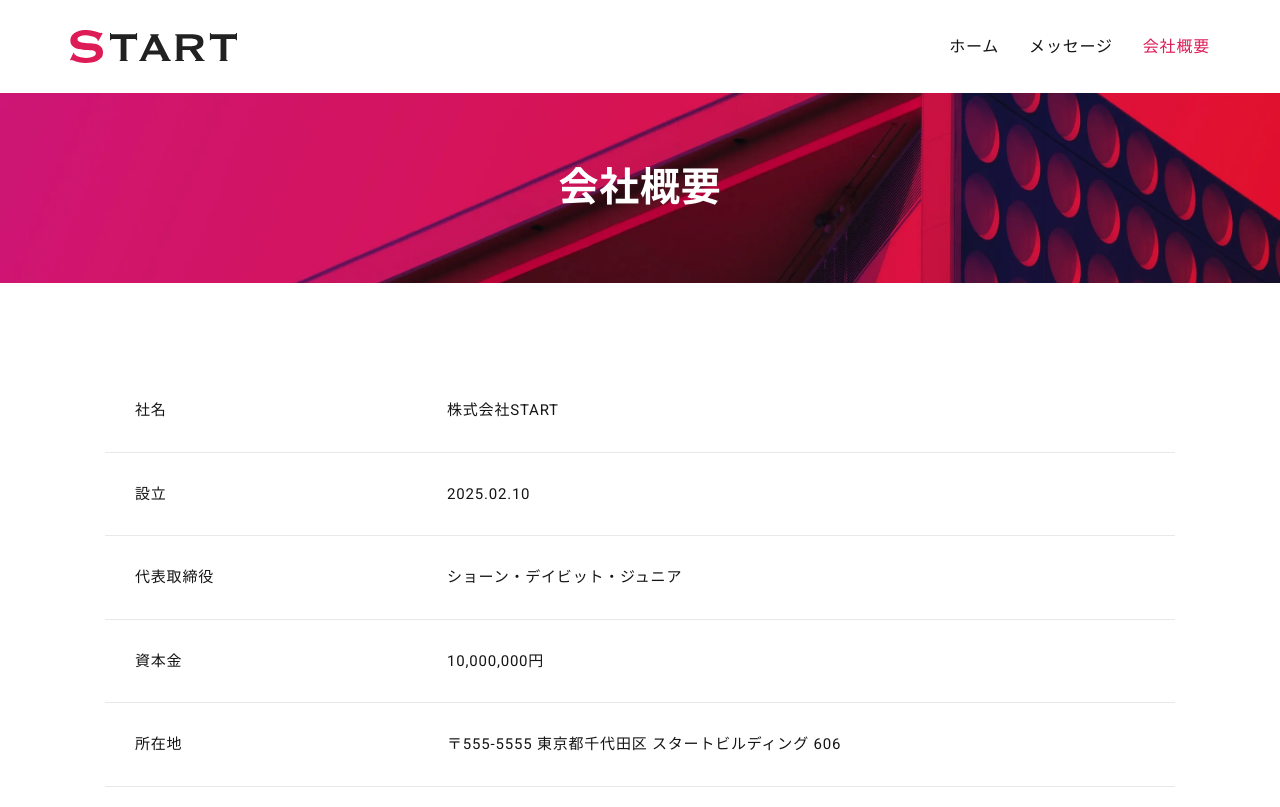
Repository: tetishi/tetishi.github.io
Page: company.html
The author's editor kept a copy of each file at every save. The page is drawn from the files as they stood at one save, then again after a run of saves.
The browser window is 1280 px wide. The pictures show the part of the page from y = 0 to 807 px (the page is 1817 px tall before and 1787 px after).
Pictures or frames that could not be fetched are drawn as grey boxes.

Above is the page before, as saved 2023-07-16 22:30:30.

### company.html
<!DOCTYPE html>
<html lang="en">
<head>
    <meta charset="UTF-8">
    <meta http-equiv="X-UA-Compatible" content="IE=edge">
    <meta name="viewport" content="width=device-width, initial-scale=1.0">
    <title>Company</title>
    <!-- <link rel="stylesheet" type="text/css" href="http://yui.yahooapis.com/3.18.1/build/cssreset/cssreset-min.css"> -->
    <link rel="preconnect" href="https://fonts.googleapis.com">
    <link rel="preconnect" href="https://fonts.gstatic.com" crossorigin>
    <link href="https://fonts.googleapis.com/css2?family=Noto+Sans+JP:wght@500;700&family=Roboto:wght@400;700&display=swap" rel="stylesheet">
    <link rel="icon" href="img/favicon.ico">
    <link rel="stylesheet" href="./css/reset.css">
    <link rel="stylesheet" href="./css/company.css">
</head>
<body>
    <header class="header">
        <div class="header-inner">
            <h2 class="nav-title">
                <a href="./index.html">
                    <img class="pc" src="img/logo.svg" alt="STARTのロゴ">
                    <img class="sp" src="img/sp_logo.svg" alt="STARTのロゴ">
                </a>
            </h2>
            <nav class="header-nav">
                <ul class="header-list">
                    <li class="header-item">
                        <a href="./index.html">ホーム</a>
                    </li>
                    <li class="header-item">
                        <a href="./message.html">メッセージ</a>
                    </li>
                    <li class="header-item">
                        <a href="./company.html" class="text-red">会社概要</a>
                    </li>
                </ul>
            </nav>
            <button class="hamburger-btn">
                <span class="bar bar_top"></span>
                <span class="bar bar_mid"></span>
                <span class="bar bar_bottom"></span>
            </button>
        </div>
    </header>

    <main>
        <!-- fv -->
        <div class="fv">
            <picture>
                <source srcset="./img/fv.webp" type="image/webp">
                <img src="./img/fv.jpg" alt="STARTの赤いイメージ背景">
            </picture>
            <!-- page-title-wrapper -->
            <div class="page-title-wrapper">
                <h1 class="page-title">会社概要</h1>
            </div>
        </div>

        <!-- company -->
        <section id="company" class="section-wrapper company-wrapper">
            <div class="section-inner">
                <div class="company-container">
                    <ul class="company-list">
                        <li class="company-item">
                            <p class="company-item-title">社名</p>
                            <p class="company-item-body">株式会社START</p>
                        </li>
                        <li class="company-item">
                            <p class="company-item-title">設立</p>
                            <time class="company-item-body" datetime="2025.02.10">2025.02.10</time>
                        </li>
                        <li class="company-item">
                            <p class="company-item-title">代表取締役</p>
                            <p class="company-item-body">ショーン・デイビット・ジュニア</p>
                        </li>
                        <li class="company-item">
                            <p class="company-item-title">資本金</p>
                            <p class="company-item-body">10,000,000円</p>
                        </li>
                        <li class="company-item">
                            <p class="company-item-title">所在地</p>
                            <address class="company-item-body">〒555-5555 東京都千代田区 スタートビルディング 606</address>
                        </li>
                    </ul>
                </div>
            </div>
            <!-- /.section-inner -->
        </section>

        <section class="section-wrapper map-wrapper">
            <div class="section-inner">
                <iframe src="https://www.google.com/maps/embed?pb=!1m18!1m12!1m3!1d51849.536086047556!2d139.7213596692974!3d35.686948343546895!2m3!1f0!2f0!3f0!3m2!1i1024!2i768!4f13.1!3m3!1m2!1s0x60188c0c0b13f54d%3A0xb630953beee48188!2sChiyoda%20City%2C%20Tokyo!5e0!3m2!1sen!2sjp!4v1680182950475!5m2!1sen!2sjp" width="100%" height="400" style="border:0;" allowfullscreen="" loading="lazy" referrerpolicy="no-referrer-when-downgrade"></iframe>
                <a href="https://www.google.com/maps/embed?pb=!1m18!1m12!1m3!1d51849.536086047556!2d139.7213596692974!3d35.686948343546895!2m3!1f0!2f0!3f0!3m2!1i1024!2i768!4f13.1!3m3!1m2!1s0x60188c0c0b13f54d%3A0xb630953beee48188!2sChiyoda%20City%2C%20Tokyo!5e0!3m2!1sen!2sjp!4v1680182950475!5m2!1sen!2sjp">Google mapで見る</a>
            </div>
            <!-- /.section-inner -->
        </section>

        <!-- news -->
        <section id="news" class="section-wrapper news-wrapper">
            <div class="section-inner news-inner">
                <div class="news-container">
                <ul class="news-list">
                    <li class="news-item">
                        <time datetime="2023.02.10">2023.02.10</time>
                        <a href="#news">コーポレートサイトをリニューアルしました。</a>
                    </li>
                    <li class="news-item">
                        <time datetime="2023.02.08">2023.02.08</time>
                        <a href="#news">採用を強化中です！一緒に働きませんか？</a>
                    </li>
                    <li class="news-item">
                        <time datetime="2022.02.02">2022.02.02</time>
                        <a href="#news">人材紹介SNS『スタート』をリリースしました。3/31まで新規登録キャンペーンを開催中です！サービス内で使える500ポイントをプレゼント！</a>
                    </li>
                </ul>
                <!-- /.news-list -->
            </div>
            <!-- /.section-inner -->
        </section>
    </main>


    <footer class="footer">
        <div class="section-inner">
            <nav class="footer-nav">
                <ul class="footer-nav-list">
                    <li class="footer-nav-item"><a href="./index.html">ホーム</a></li>
                    <li class="footer-nav-item"><a href="./message.html">メッセージ</a></li>
                    <li class="footer-nav-item"><a href="./company.html">会社概要</a></li>
                </ul>
            </nav>
            <small>&copy;START</small>
        </div>
    </footer>

    <script src="https://ajax.googleapis.com/ajax/libs/jquery/3.6.0/jquery.min.js"></script>
    <script src="js/script.js"></script>
</body>
</html>

### css/reset.css
/*
html5doctor.com Reset Stylesheet
v1.6.1
Last Updated: 2010-09-17
Author: Richard Clark - http://richclarkdesign.com
Twitter: @rich_clark
*/

* {
    box-sizing: border-box;
}

html,
body,
div,
span,
object,
iframe,
h1,
h2,
h3,
h4,
h5,
h6,
p,
blockquote,
pre,
abbr,
address,
cite,
code,
del,
dfn,
em,
img,
ins,
kbd,
q,
samp,
small,
strong,
sub,
sup,
var,
b,
i,
dl,
dt,
dd,
ol,
ul,
li,
fieldset,
form,
label,
legend,
table,
caption,
tbody,
tfoot,
thead,
tr,
th,
td,
article,
aside,
canvas,
details,
figcaption,
figure,
footer,
header,
hgroup,
menu,
nav,
section,
summary,
time,
mark,
ruby,
audio,
video {
    margin: 0;
    padding: 0;
    border: 0;
    outline: 0;
    font-size: 100%;
    vertical-align: baseline;
    background: transparent;
}

body {
    line-height: 1.5;
}

img {
    width: 100%;
    height: auto;
    object-fit: cover;
}

button {
    background-color: transparent;
    border: none;
    cursor: pointer;
    outline: none;
    padding: 0;
    appearance: none;
}

article,
aside,
details,
figcaption,
figure,
footer,
header,
hgroup,
menu,
nav,
section {
    display: block;
}

nav ul {
    list-style: none;
}

li {
    list-style: none;
}

a {
    margin: 0;
    padding: 0;
    font-size: 100%;
    vertical-align: baseline;
    background: transparent;
}

input,
select {
    vertical-align: middle;
}

/*end reset css*/

### css/company.css
/* base */

html {
    font-size: 62.5%;
}
body {
    font-size: 1.6rem;
    letter-spacing: .05em;
    color: #151515;
    font-family: "Roboto", "Noto Sans JP", Arial, "Hiragino Kaku Gothic ProN", "Hiragino Sans", Meiryo, sans-serif;
}
img {
    vertical-align: bottom;
}
.section-inner {
    max-width: 1110px;
    margin: 0 auto;
    padding: 0 20px;
}
a {
    color: inherit;
    text-decoration: none;
}
.text-red {
    color: #DD1B57;
}
address {
    font-style: normal;
}
.pc {
    display: block;
}
.sp {
    display: none;
}

/* header */
.header {
    padding: 30px 70px;
    width: 100%;
}

.header a {
    text-decoration: none;
}
.header-inner {
    display: flex;
    justify-content: space-between;
    align-items: center;
}
.header-list {
    display: flex;
}
.header-item {
    margin-right: 30px;
}
.header-item:last-of-type {
    margin-right: 0;
}
.hamburger-btn {
    display: none;
}

/* fv */
.fv {
    height: 190px;
    background-size: cover;
    background-position: center;
    position: relative;
}
.fv img {
    height: 190px;
    object-fit: cover;
}
.page-title-wrapper {
    position: absolute;
    left: 50%;
    top: 50%;
    color: #fff;
    transform: translate(-50%,-50%);
}
.page-title {
    font-size: 4rem;
}

/* company */
.company-wrapper {
    margin: 86px 0 50px 0;
}
.company-item {
    display: flex;
    padding: 30px 0;
    border-bottom: 1px solid #E8E8E8;
    font-size: 1.5rem;
    padding-left: 30px;
}

.company-item-title {
    width: 30%;
}

/* map */
.map-wrapper {
    margin-bottom: 78px;
}
.map-wrapper a {
    text-decoration: underline;
    color: #349BF4;
    display: block;
    text-align: right;
}
iframe {
    margin-bottom: 21px;
}

/* news */
.news-wrapper {
    margin-bottom: 100px;
}
.news-inner {
    display: flex;
    column-gap: 90px;
}
.news-item {
    padding: 15px 0 16px 0;
    border-bottom: 1px solid #E8E8E8;
    display: flex;
    font-size: 1.5rem;
}
.news-item a {
    margin-left: 40px;
}


/* footer */
.footer {
    background-color: #DD1B57;
    color: #fff;
    height: 164px;
}
.footer-nav-list {
    display: flex;
    font-size: 1.4rem;
    padding: 61px 0 9px;
}
.footer-nav-item {
    margin-right: 40px;
}
small {
    font-size: 1.2rem;
    margin-bottom: 50px;
}

@media screen and (max-width: 768px) {
    /* base_sp */
    .section-inner {
        padding: 0 20px;
    }
    .section-title {
        font-size: 3rem;
        margin-bottom: 19px;
    }
    .pc {
        display: none;
    }
    .sp {
        display: block;
    }

    /* header_sp */
    .header {
        padding: 0;
        z-index: 1;
        position: relative;
    }
    .header-inner {
        height: 60px;
    }
    .nav-title {
        padding: 0 0 0 20px;
    }
    .header-nav {
        display: none;
        position: fixed;
        top: 0;
        right: 0;
        width: 50%;
        height: 100vh;
        background-color: #DD1B57;
    }
    .header-list {
        height: 100%;
        flex-direction: column;
        padding: 96px 0 0 40px;
    }
    .text-red {
        color: #fff;
        opacity: .5;
    }
    .header-item {
        margin: 0 0 27px;
        color: #fff;
    }
    .header-item:last-of-type {
        margin-bottom: 0;
    }
    .hamburger-btn {
        display: block;
        background-color: #DD1B57;
        padding: 0px 16px;
        width: 60px;
        height: 60px;
    }
    .hamburger-btn .bar {
        display: block;
        width: 26px;
        height: 2px;
        background-color: #fff;
        transition: .3s;
        border-radius: 4px;
    }
    .bar_mid,
    .bar_bottom {
        margin-top: 8px;
    }
    .hamburger-btn.cross .bar_top {
        transform: rotate(45deg) translate(7px, 7px);
        transition: .3s;
    }
    .hamburger-btn.cross .bar_middle {
        opacity: 0;
        transition: .3s;
    }
    .hamburger-btn.cross .bar_bottom {
        transform: rotate(-45deg) translate(7px, -7px);
        transition: .3s;
    }
    body.noscroll {
        overflow: hidden;
    }

    /* fv_sp */
    .fv {
        height: 160px;
    }
    .fv img {
        height: 160px;
    }
    .page-title {
        font-size: 2.8rem;
    }

    /* company_sp */
    .company-wrapper {
        margin: 56px 0 50px 0;
    }
    .company-item {
        padding: 21px 0 19px;
        font-size: 1.4rem;
        padding-left: 0px;
    }
    .company-item:first-child {
        padding: 0 0 19px;
    }
    .company-item-body {
        width: 70%;
    }

    /* map_sp */
    .map-wrapper {
        margin-bottom: 46px;
    }
    iframe {
        margin-bottom: 16px;
    }

    /* news_sp */
    .news-wrapper {
        margin: 46px 0 50px 0;
    }
    .news-inner {
        display: block;
    }
    .news-item {
        padding: 20px 0 16px 0;
        flex-flow: column;
    }
    .news-item a {
        margin-left: 0px;
    }

    /* footer_sp */
    .footer {
        height: 119px;
    }
    .footer-nav-list {
        font-size: 1.2rem;
        padding: 41px 0 9px;
    }
    .footer-nav-item {
        margin-right: 25px;
    }
    small {
        font-size: 1rem;
        margin-bottom: 29px;
    }
}

### js/script.js
//ハンバーガーボタン
$('.hamburger-btn').on('click', function() {
    $('.header-nav').fadeToggle(300);
    $(this).toggleClass('cross');
    $('body').toggleClass('noscroll');
});

After the next 8 saves:
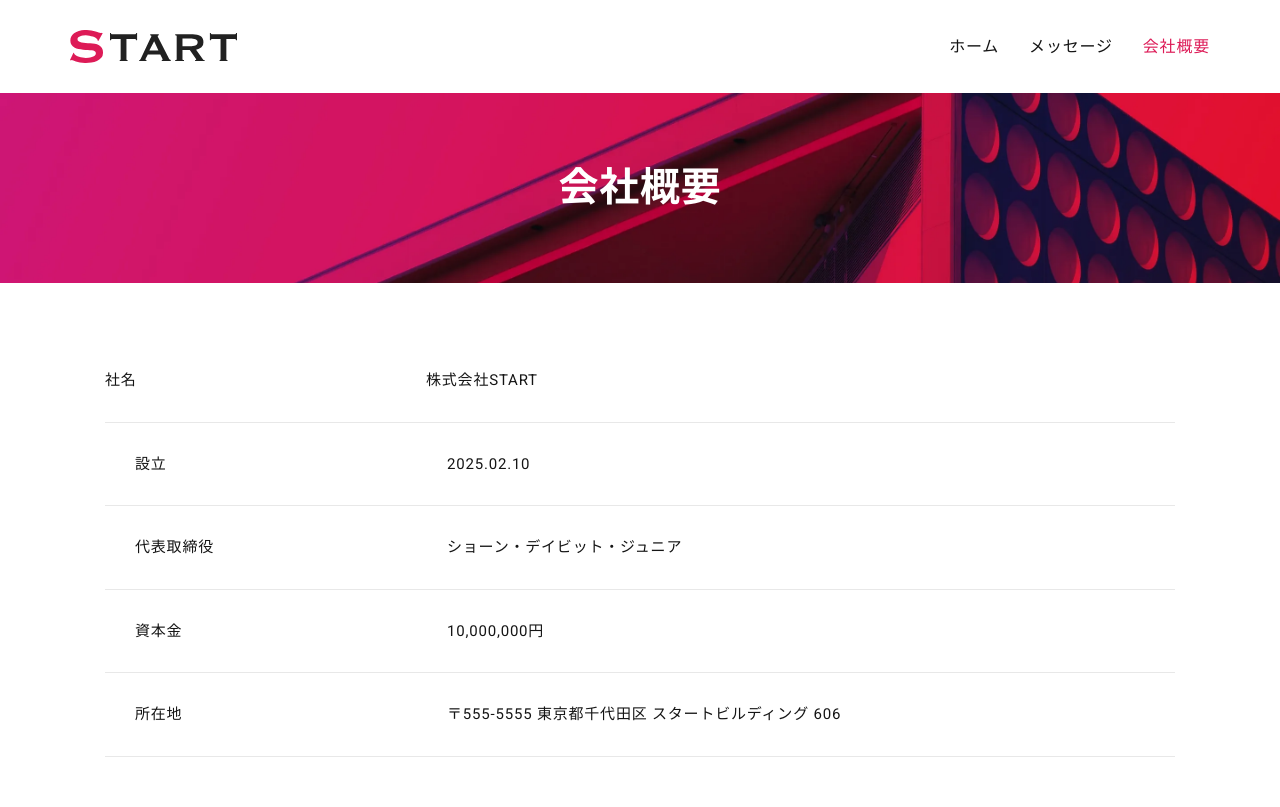
The 8 saves are shown as one change because they came seconds apart.
The last was saved 20 s later.
--- a/css/company.css
+++ b/css/company.css
@@ -94,7 +94,9 @@ address {
     font-size: 1.5rem;
     padding-left: 30px;
 }
-
+.company-item:first-of-type {
+    padding: 0 0 30px;
+}
 .company-item-title {
     width: 30%;
 }
